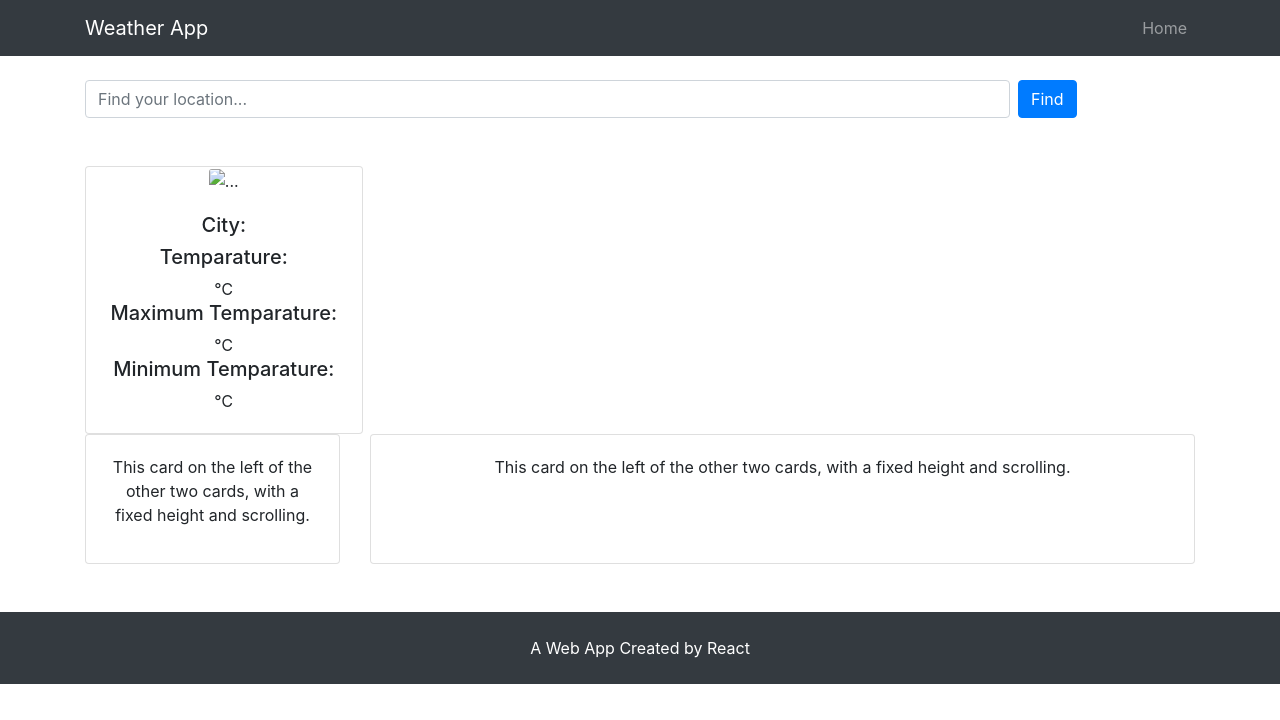
Repository: smk87/weather-app-react
Page: /
These files come from the project's save history. The page is drawn as it stood at one moment and after the next save; the edit follows.
The browser window is 1280 px wide. The pictures show the whole page.
The page's requests for data from a server got no answer. Some web libraries are served in a nearby version. The project was rebuilt for these pictures with package versions that can differ from the ones it lists, and the page was loaded fresh each time. A package was used in the major version that the imports need, not the one package.json lists. No one was signed in, and anything a server would have sent is missing.

Above is the page before, as saved 2019-02-06 17:58:54.

After the next save:
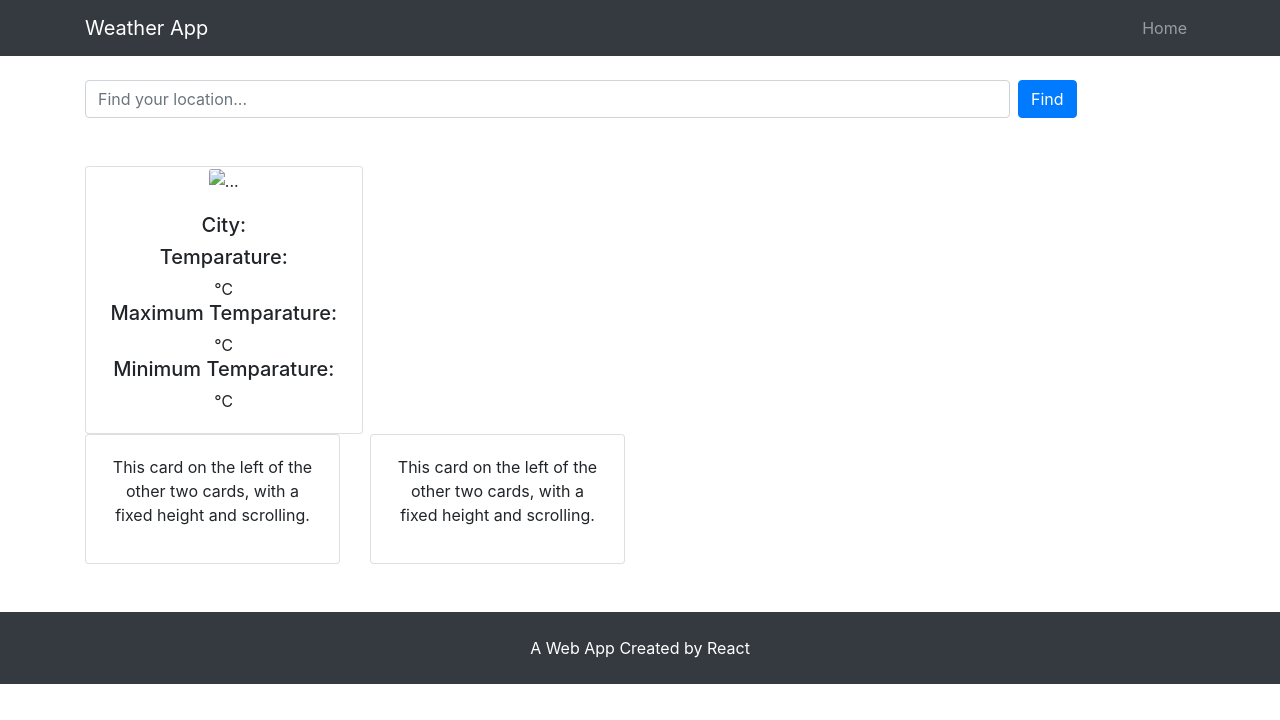
Saved 14 s later.
--- a/src/components/Home.js
+++ b/src/components/Home.js
@@ -49,7 +49,7 @@ export default class Home extends Component {
                 </p>
               </div>
             </div>
-            <div className="col col-md-9">
+            <div className="col col-md-3">
               <div class="card h-100">
                 <p class="card-body">
                   This card on the left of the other two cards, with a fixed
